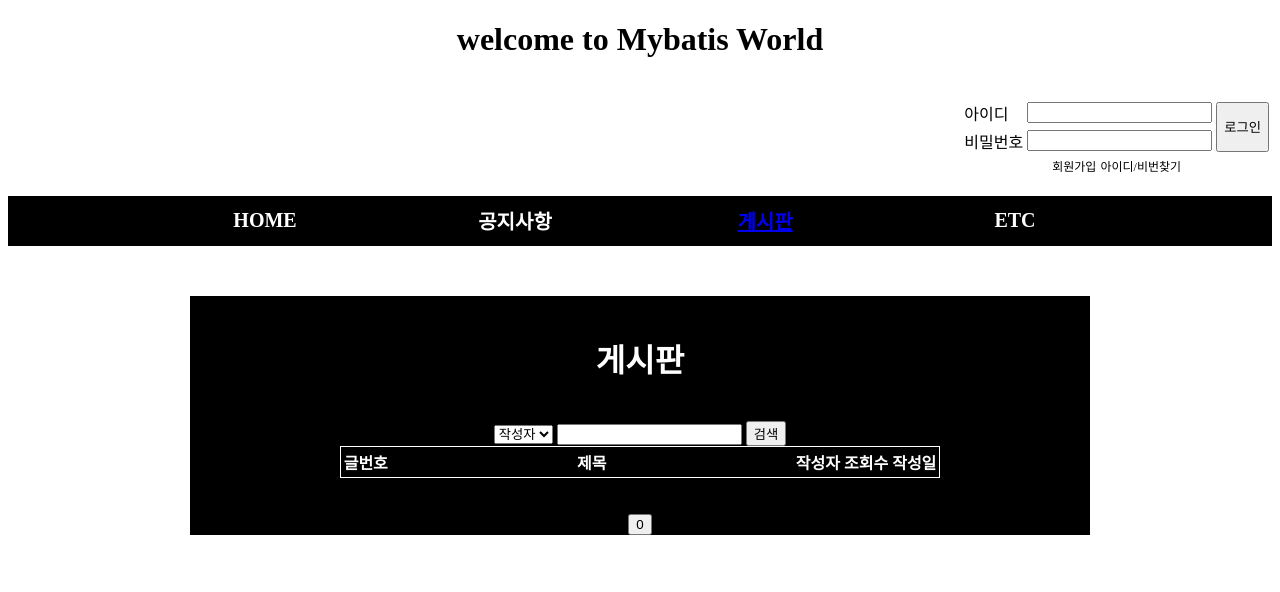
Repository: didwlwd/workspace
Page: http://localhost/mybatisProject/views/board/boardListView.jsp
These files come from the project's save history. The page is drawn as it stood at one moment and after the next save; the edit follows.
The browser window is 1280 px wide. The pictures show the whole page.
The page is served by Tomcat 10. The template is opened directly, without the code that normally fills it, so the values that code supplies are empty.

Above is the page before, as saved 2025-03-07 01:35:12.

After the next save:
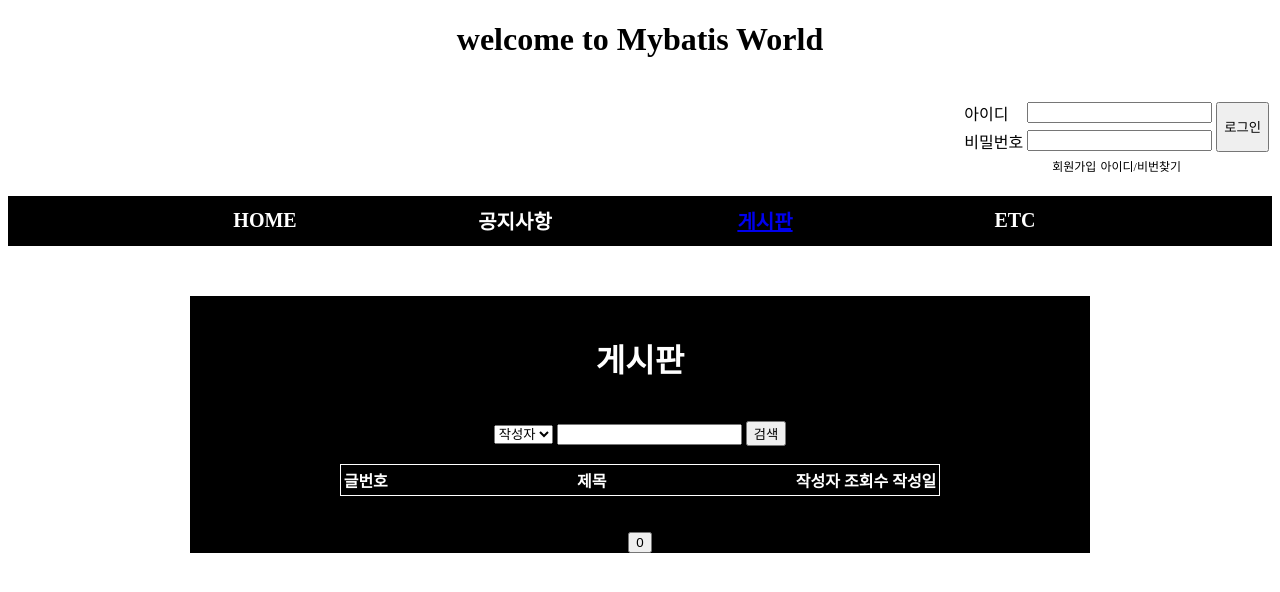
Saved 8 s later.
--- a/08_myBatis/mybatisProject/src/main/webapp/views/board/boardListView.jsp
+++ b/08_myBatis/mybatisProject/src/main/webapp/views/board/boardListView.jsp
@@ -27,7 +27,7 @@
         <br>
 
 		<div>
-			<form action="">
+			<form action="" >
 				<select name="condition">
 					<option value="writer">작성자</option>
 					<option value="title">제목</option>
@@ -37,6 +37,7 @@
 				<button type="submit">검색</button>
 			</form>
 		</div>
+		<br>
 
         <table id="list-area">
             <thead>
